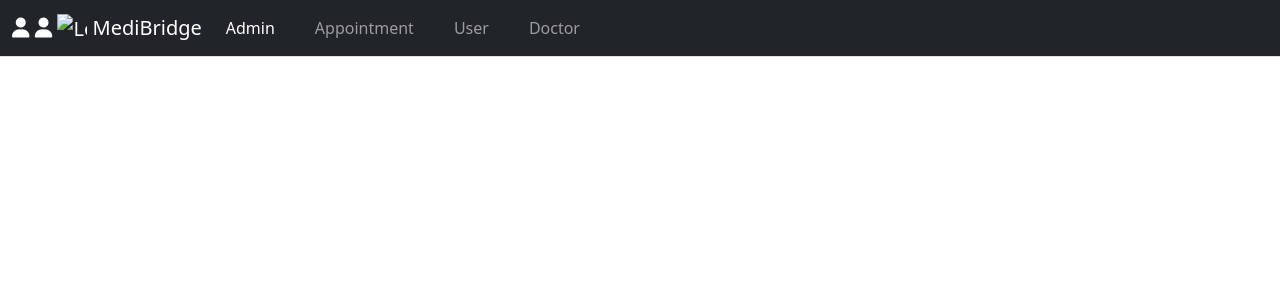
Repository: Abhinavan2004/MediBridge-hms
Page: http://localhost/Hospital_Management_System/User.jsp
These files come from the project's save history. The page is drawn as it stood at one moment and after the next save; the edit follows.
The browser window is 1280 px wide. The pictures show the whole page.
The page is served by Tomcat 9.

Above is the page before, as saved 2025-07-13 12:08:01.

After the next save:
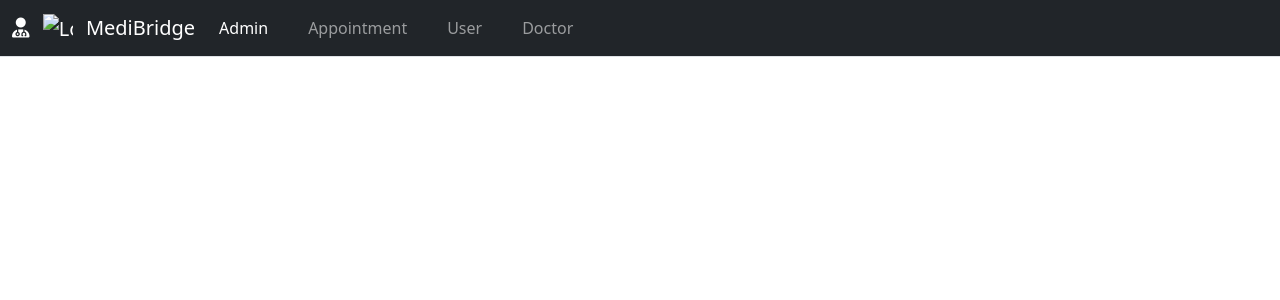
Saved 17 s later.
--- a/Hospital_Management_System/src/main/webapp/components/navbar.jsp
+++ b/Hospital_Management_System/src/main/webapp/components/navbar.jsp
@@ -13,12 +13,11 @@
 
 <nav class="navbar navbar-expand-lg navbar-dark bg-dark border-bottom">
     <div class="container-fluid">
-        <a class="navbar-brand" href="#"><i class="fa-solid fa-user"></i>
-        <i class="fa-solid fa-user"></i>
-
-            <img src="#" alt="Logo" width="30" height="24" class="d-inline-block align-text-top">
-            MediBridge
-        </a>
+       <a class="navbar-brand" href="#">
+<i class="fa-solid fa-user-doctor me-2"></i>
+<img src="#" alt="Logo" width="30" height="24" class="d-inline-block align-text-top me-2">
+MediBridge
+</a>
 
         <!-- Navbar toggler for mobile -->
         <button class="navbar-toggler" type="button" data-bs-toggle="collapse" data-bs-target="#navbarNavDropdown" aria-controls="navbarNavDropdown" aria-expanded="false" aria-label="Toggle navigation">
